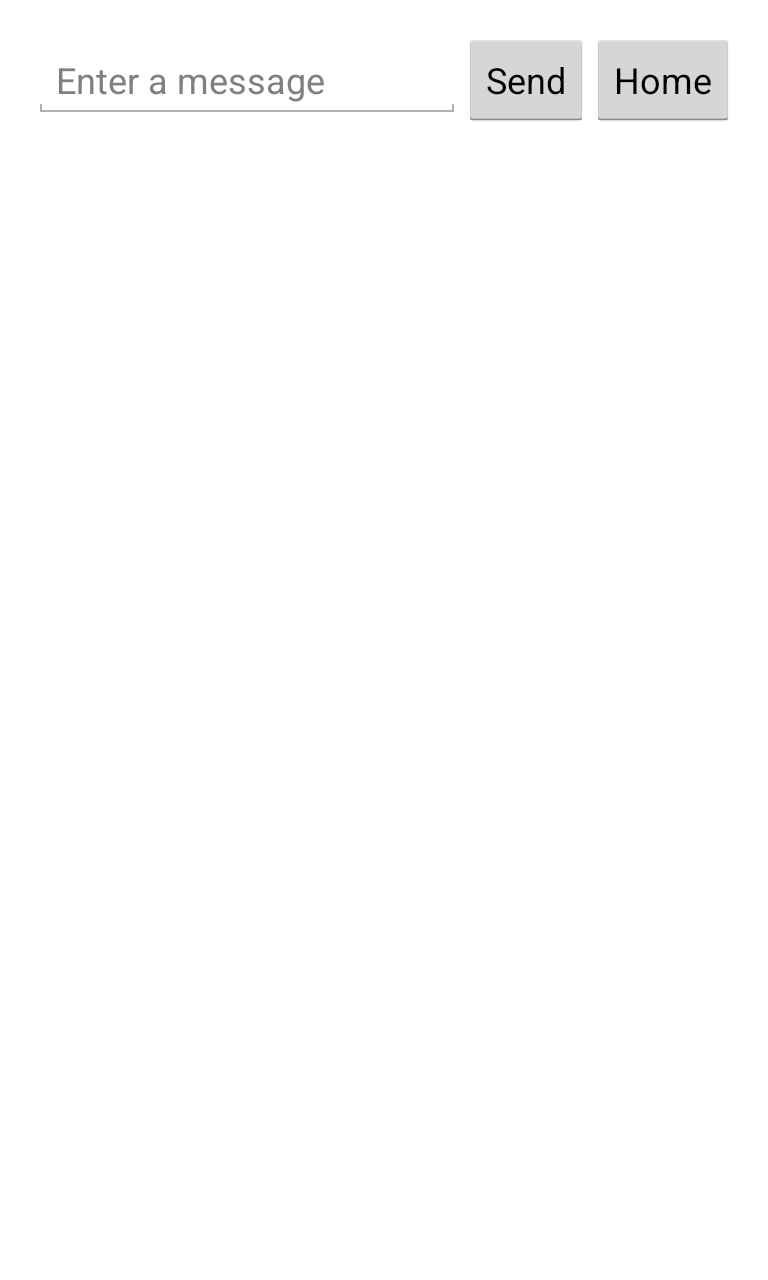
Repository: Sudoka/TBD
Layout: MyApp/res/layout/activity_main.xml
These files come from the project's save history. The layout is drawn as it stood at one moment and after a run of saves; the edit follows.
It is drawn on a 768 x 1280 px phone screen (xhdpi) without system bars, with theme AppTheme; the app's code is not run.

Above is the layout before, as saved 2013-05-09 00:01:30.

### MyApp/res/layout/activity_main.xml
<LinearLayout xmlns:android="http://schemas.android.com/apk/res/android"
    xmlns:tools="http://schemas.android.com/tools"
    android:layout_width="match_parent"
    android:layout_height="match_parent"
    android:paddingBottom="@dimen/activity_vertical_margin"
    android:paddingLeft="@dimen/activity_horizontal_margin"
    android:paddingRight="@dimen/activity_horizontal_margin"
    android:paddingTop="@dimen/activity_vertical_margin"
    tools:context=".MainActivity"
    android:orientation="horizontal" >

    <EditText
        android:id="@+id/edit_message"
        android:layout_height="wrap_content"
        android:ems="10"
        android:hint="@string/edit_message"
        android:layout_weight="1"
        android:layout_width="0dip" />

    <Button
        android:id="@+id/button1"
        android:layout_width="wrap_content"
        android:layout_height="wrap_content"
        android:onClick="sendMessage"
        android:text="@string/button_send" />

    <Button
        android:id="@+id/button2"
        android:layout_width="wrap_content"
        android:layout_height="wrap_content"
        android:onClick="goHome"
        android:text="@string/button_home" />

</LinearLayout>

### MyApp/res/values/strings.xml
<?xml version="1.0" encoding="utf-8"?>
<resources>

    <string name="app_name">My First App</string>
    <string name="edit_message">Enter a message</string>
    <string name="button_send">Send</string>
    <string name="action_settings">Settings</string>
    <string name="title_activity_main">MainActivity</string>
    <string name="hello_world">Hey there!</string>
    <string name="title_activity_display_message">DisplayMessageActivity</string>
    <string name="button_home">Home</string>
    <string name="title_activity_home">Home</string>
    <string name="bac_title">BAC Checker</string>
    <string name="entry_title">Entry</string>
    <string name="title_activity_bacfinal">BACFinal</string>

</resources>

Loaded but not shown: MyApp/res/values/styles.xml (common file); MyApp/res/values-v11/styles.xml (common file); MyApp/res/values-v14/styles.xml (common file); MyApp/res/values/dimens.xml (common file)

After the next 2 saves:
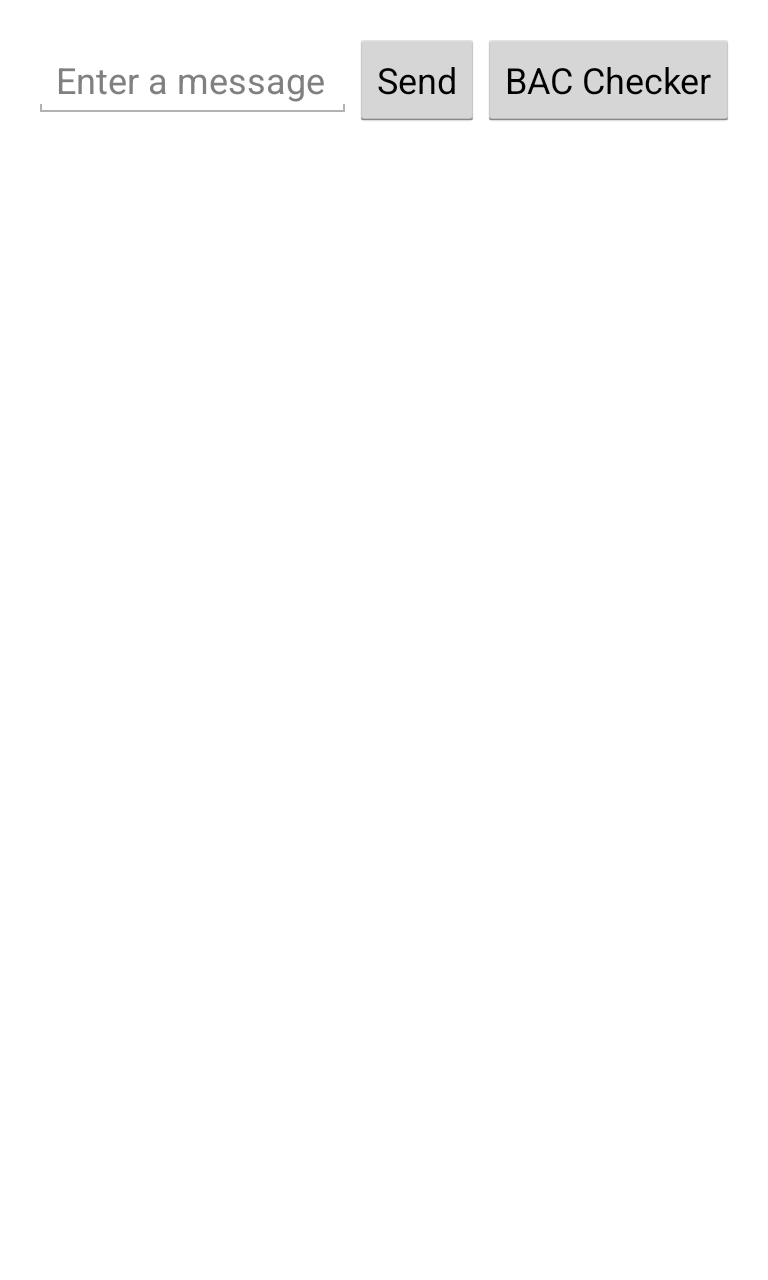
The 2 saves are shown as one change because 1 did not build or start.
The last was saved 4 min 12 s later.
--- a/MyApp/res/layout/activity_main.xml
+++ b/MyApp/res/layout/activity_main.xml
@@ -29,6 +29,6 @@
         android:layout_width="wrap_content"
         android:layout_height="wrap_content"
         android:onClick="goHome"
-        android:text="@string/button_home" />
+        android:text="@string/button_BAC" />
 
 </LinearLayout>
--- a/MyApp/res/values/strings.xml
+++ b/MyApp/res/values/strings.xml
@@ -8,7 +8,7 @@
     <string name="title_activity_main">MainActivity</string>
     <string name="hello_world">Hey there!</string>
     <string name="title_activity_display_message">DisplayMessageActivity</string>
-    <string name="button_home">Home</string>
+    <string name="button_BAC">BAC Checker</string>
     <string name="title_activity_home">Home</string>
     <string name="bac_title">BAC Checker</string>
     <string name="entry_title">Entry</string>
